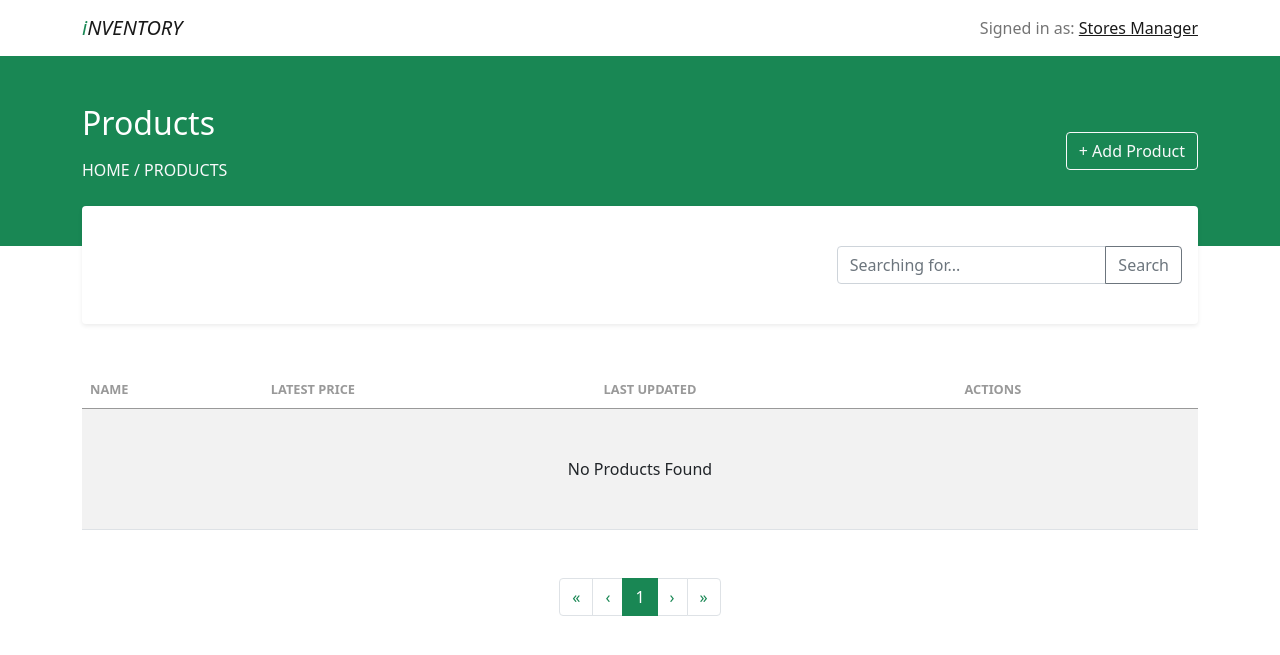
Repository: tHEO2k17/inventory-manager
Page: /
The author's editor kept a copy of each file at every save. The page is drawn from the files as they stood at one save, then again after the next save.
The browser window is 1280 px wide. The pictures show the whole page.
The project was rebuilt for these pictures with package versions that can differ from the ones it lists, and the page was loaded fresh each time. Also part of the build but not shown: src/presentation/components/ProductForm.tsx, src/presentation/components/Product.tsx.

Above is the page before, as saved 2021-09-01 08:29:49.

After the next save:
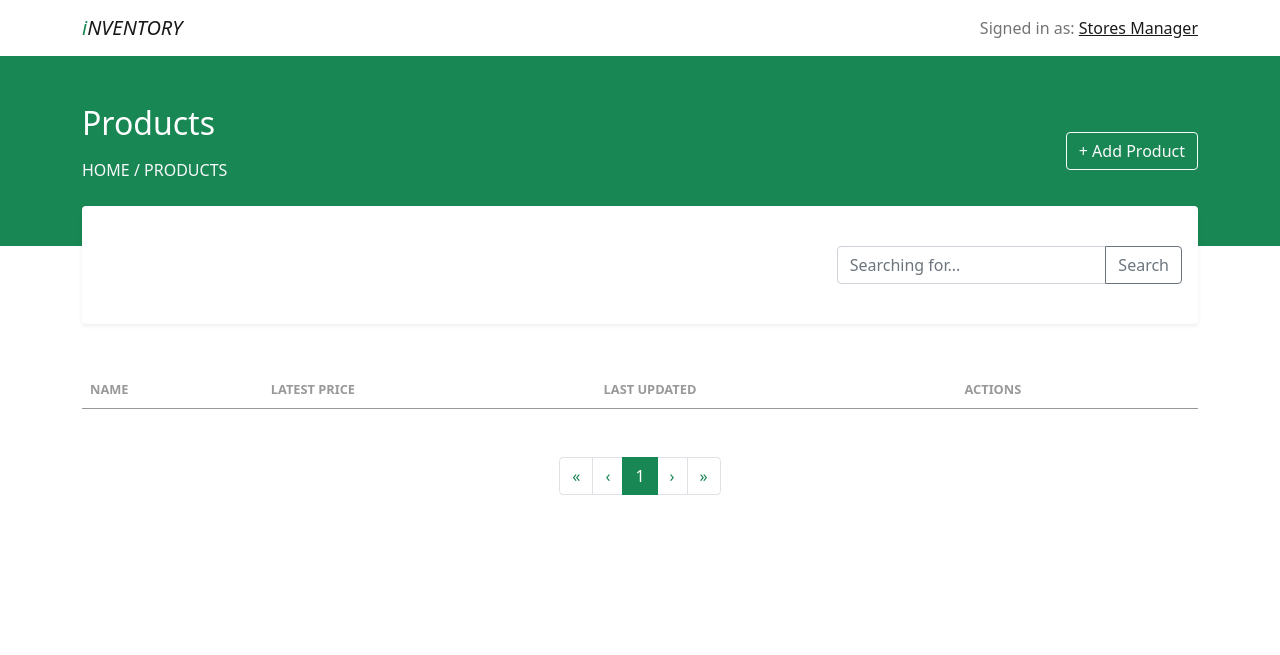
Saved 38 s later.
--- a/src/presentation/components/ProductListing.tsx
+++ b/src/presentation/components/ProductListing.tsx
@@ -28,7 +28,7 @@ const ProductListing = () => {
                 </tr>
             </thead>
             <tbody>
-                {products ? <EmptyRow /> : renderTableRows()}
+                {products.length <= 0 ? <EmptyRow /> : renderTableRows()}
             </tbody>
         </Table>
     );
